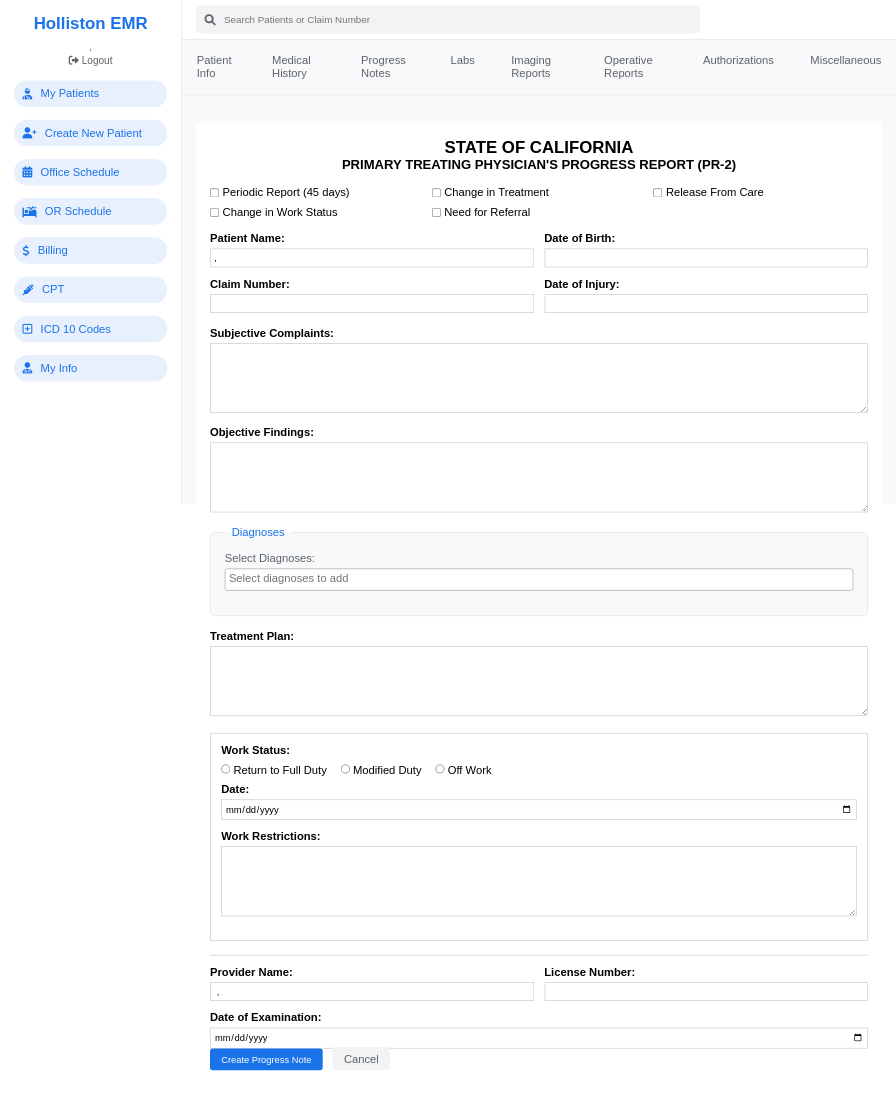
Repository: DavidG626/Flask-Project
Page: templates/create_progress_note.html
These files come from the project's save history. The page is drawn as it stood at one moment and after the next save; the edit follows.
The browser window is 1280 px wide. The pictures show the whole page, at 70% of full size.
Some web libraries are served in a nearby version. The template is drawn by Flask 3. The application's start-up code is not run. Other server files are loaded and not shown. The template is opened directly, without the code that normally fills it, so the values that code supplies are empty.

Above is the page before, as saved 2025-02-10 12:59:47.

### templates/create_progress_note.html
<!DOCTYPE html>
<html lang="en">
<head>
   <meta charset="UTF-8">
   <meta name="viewport" content="width=device-width, initial-scale=1.0">
   <title>Create Progress Note</title>
   <link rel="stylesheet" type="text/css" href="/static/dashboard.css">
   <link rel="stylesheet" type="text/css" href="/static/patient_info.css">
   <link rel="stylesheet" type="text/css" href="/static/pr2.css">
   <link href="https://cdn.jsdelivr.net/npm/select2@4.1.0-rc.0/dist/css/select2.min.css" rel="stylesheet" />
   <script src="https://cdn.jsdelivr.net/npm/jquery@3.6.0/dist/jquery.min.js"></script>
   <script src="https://cdn.jsdelivr.net/npm/select2@4.1.0-rc.0/dist/js/select2.min.js"></script>
   <link href="https://cdnjs.cloudflare.com/ajax/libs/font-awesome/6.0.0/css/all.min.css" rel="stylesheet">
</head>
<body>
   <div class="container">
       <!-- Sidebar -->
       <aside class="sidebar">
           <div class="logo">Holliston EMR</div>
           <div class="logged-user">
               {{ current_user.first_name }} {{ current_user.last_name }}, {{ current_user.medical_title }}
               <a href="{{ url_for('dashboard.logout') }}" class="logout-link">
                   <i class="fas fa-sign-out-alt"></i> Logout
               </a>
           </div>
           <nav>
               <ul>
                   <li class="active">
                       <a href="{{ url_for('dashboard.my_patients') }}">
                           <i class="fas fa-user-injured"></i>My Patients
                       </a>
                   </li>
               </ul>
               <br>
               <ul>
                   <li class="active">
                       <a href="{{ url_for('dashboard.create_patient') }}">
                           <i class="fas fa-user-plus"></i>Create New Patient
                       </a>
                   </li>
               </ul>
               <br>
               <ul>
                   <li class="active"><a href=""><i class="fas fa-calendar-alt"></i>Office Schedule</a></li>
               </ul>
               <br>
               <ul>
                   <li class="active"><a href=""><i class="fas fa-procedures"></i>OR Schedule</a></li>
               </ul>
               <br>
               <ul>
                   <li class="active"><a href=""><i class="fas fa-dollar-sign"></i>Billing</a></li>
               </ul>
               <br>
               <ul>
                   <li class="active">
                       <a href="{{ url_for('cpt.cpt_codes') }}">
                           <i class="fas fa-syringe"></i>CPT
                       </a>
                   </li>
               </ul>
               <br>
               <ul>
                   <li class="active">
                       <a href="{{ url_for('icd10.icd10_codes') }}">
                           <i class="far fa-plus-square"></i>ICD 10 Codes
                       </a>
                   </li>
               </ul>
               <br>
               <ul>
                   <li class="active">
                       <a href="{{ url_for('dashboard.my_info') }}">
                           <i class="fas fa-user-md"></i>My Info
                       </a>
                   </li>
               </ul>
           </nav>
       </aside>

       <!-- Main Content -->
       <main>
           <header>
               <div class="search-bar">
                   <i class="fas fa-search"></i>
                   <form action="{{ url_for('dashboard.my_patients') }}" method="get">
                       <input type="text" name="search" placeholder="Search Patients or Claim Number">
                   </form>
               </div>
           </header>

           <!-- Patient Tabs -->
           <div class="patient-tabs">
                <a href="{{ url_for('dashboard.patient_detail', patient_id=patient.id) }}" class="tab">Patient Info</a>
                <a href="{{ url_for('dashboard.patient_medical_history', patient_id=patient.id) }}" class="tab">Medical History</a>
                <a href="{{ url_for('pr2.progress_notes', patient_id=patient.id) }}" class="tab active">Progress Notes</a>
                <a href="{{ url_for('labs.patient_labs', patient_id=patient.id) }}" class="tab">Labs</a>
                <a href="{{ url_for('imaging.patient_imaging', patient_id=patient.id) }}" class="tab">Imaging Reports</a>
                <a href="{{ url_for('operative.patient_operative_reports', patient_id=patient.id) }}" class="tab">Operative Reports</a>
                <a href="{{ url_for('auth.patient_authorizations', patient_id=patient.id) }}" class="tab">Authorizations</a>
                <a href="{{ url_for('misc.patient_misc', patient_id=patient.id) }}" class="tab">Miscellaneous</a>
            </div>

           <div class="content">
            <div class="pr2-form">
                <div class="pr2-header">
                    <h2>STATE OF CALIFORNIA</h2>
                    <h3>PRIMARY TREATING PHYSICIAN'S PROGRESS REPORT (PR-2)</h3>
                </div>

                <form method="POST">
                    <!-- Report Type Section -->
                    <div class="checkbox-grid">
                        <div class="checkbox-item">
                            <input type="checkbox" name="is_periodic_report" id="periodic">
                            <label for="periodic">Periodic Report (45 days)</label>
                        </div>
                        <div class="checkbox-item">
                            <input type="checkbox" name="is_change_in_treatment" id="treatment">
                            <label for="treatment">Change in Treatment</label>
                        </div>
                        <div class="checkbox-item">
                            <input type="checkbox" name="is_release_from_care" id="release">
                            <label for="release">Release From Care</label>
                        </div>
                        <div class="checkbox-item">
                            <input type="checkbox" name="is_change_in_work_status" id="work">
                            <label for="work">Change in Work Status</label>
                        </div>
                        <div class="checkbox-item">
                            <input type="checkbox" name="is_need_for_referral" id="referral">
                            <label for="referral">Need for Referral</label>
                        </div>
                    </div>

                    <!-- Patient Information Section -->
                    <div class="patient-info-grid">
                        <div class="form-field">
                            <label>Patient Name:</label>
                            <input type="text" value="{{ patient.patient_last_name }}, {{ patient.patient_first_name }}" readonly>
                        </div>
                        <div class="form-field">
                            <label>Date of Birth:</label>
                            <input type="text" value="{{ patient.patient_date_of_birth.strftime('%m/%d/%Y') }}" readonly>
                        </div>
                        <div class="form-field">
                            <label>Claim Number:</label>
                            <input type="text" value="{{ patient.patient_claim_number }}" readonly>
                        </div>
                        <div class="form-field">
                            <label>Date of Injury:</label>
                            <input type="text" value="{{ patient.patient_date_of_injury.strftime('%m/%d/%Y') }}" readonly>
                        </div>
                    </div>

                    <!-- Subjective Section -->
                    <div class="text-area-field">
                        <label>Subjective Complaints:</label>
                        <textarea name="subjective_complaints" required></textarea>
                    </div>

                    <!-- Objective Section -->
                    <div class="text-area-field">
                        <label>Objective Findings:</label>
                        <textarea name="objective_findings" required></textarea>
                    </div>



                    <!-- Diagnosis -->
                    <fieldset>
                        <legend>Diagnoses</legend>
                        <div class="form-group">
                            <label>Select Diagnoses:</label>
                            <select name="diagnoses" multiple class="form-select">
                                <option value="">Select a diagnosis</option>
                                {% for code in icd10_codes %}
                                    <option value="{{ code.id }}">{{ code.description }} ({{ code.code }})</option>
                                {% endfor %}
                            </select>
                        </div>
                    </fieldset>


                    <!-- Treatment Plan Section -->
                    <div class="text-area-field">
                        <label>Treatment Plan:</label>
                        <textarea name="treatment_plan" required></textarea>
                    </div>

                    <!-- Work Status Section -->
                    <div class="work-status-section">
                        <h4>Work Status:</h4>
                        <div class="work-status-options">
                            <div class="radio-item">
                                <input type="radio" name="work_status" value="full_duty" id="full_duty">
                                <label for="full_duty">Return to Full Duty</label>
                            </div>
                            <div class="radio-item">
                                <input type="radio" name="work_status" value="modified" id="modified">
                                <label for="modified">Modified Duty</label>
                            </div>
                            <div class="radio-item">
                                <input type="radio" name="work_status" value="off_work" id="off_work">
                                <label for="off_work">Off Work</label>
                            </div>
                        </div>
                        <div class="form-field">
                            <label>Date:</label>
                            <input type="date" name="work_status_date">
                        </div>
                        <div class="text-area-field" id="work-restrictions">
                            <label>Work Restrictions:</label>
                            <textarea name="work_restrictions"></textarea>
                        </div>
                    </div>

                    <!-- Provider Information Section -->
                    <div class="provider-section">
                        <div class="form-row">
                            <div class="form-field">
                                <label>Provider Name:</label>
                                <input type="text" value="{{ current_user.first_name }} {{ current_user.last_name }}, {{ current_user.medical_title }}" readonly>
                            </div>
                            <div class="form-field">
                                <label>License Number:</label>
                                <input type="text" value="{{ current_user.medical_license }}" readonly>
                            </div>
                        </div>
                        <div class="form-field">
                            <label>Date of Examination:</label>
                            <input type="date" name="date_of_exam" required>
                        </div>
                    </div>

                    <div class="form-buttons">
                        <button type="submit" class="save-btn">Create Progress Note</button>
                        <a href="{{ url_for('pr2.progress_notes', patient_id=patient.id) }}" class="cancel-btn">Cancel</a>
                    </div>
                </form>
            </div>
        </div>
        <script>
            $(document).ready(function() {
                $('.form-select').select2({
                    placeholder: 'Select diagnoses to add',
                    allowClear: true,
                    width: '100%'
                });
            });
            </script>

       </main>
       </body>

### static/patient_info.css
.registration-container {
    background: white;
    border-radius: 8px;
    padding: 20px;
    margin: 20px;
    box-shadow: 0 2px 4px rgba(0,0,0,0.1);
}

.registration-container h2 {
    color: #5f6368;
    margin-bottom: 20px;
    font-size: 1.5rem;
}

fieldset {
    border: 1px solid #e1e4e8;
    border-radius: 8px;
    padding: 20px;
    margin-bottom: 20px;
    background: #f8f9fa;
}

legend {
    color: #1a73e8;
    font-weight: 500;
    padding: 0 10px;
}

.form-group {
    margin-bottom: 15px;
}

.form-group label {
    display: block;
    margin-bottom: 5px;
    color: #5f6368;
    font-weight: 500;
}

.form-input {
    width: 100%;
    padding: 8px 12px;
    border: 1px solid #e1e4e8;
    border-radius: 4px;
    font-size: 14px;
    background: white;
}

/* Date fields styling */
.date-group {
    display: flex;
    gap: 10px;
}

.date-group .form-input {
    width: 33%;
    text-align: center;
}

/* Button styling */
.buttons {
    margin-top: 20px;
    display: flex;
    gap: 10px;
}

.save-btn {
    background: #1a73e8;
    color: white;
    padding: 8px 16px;
    border: none;
    border-radius: 4px;
    cursor: pointer;
    font-weight: 500;
    text-decoration: none;
}

.save-btn:hover {
    background: #1557b0;
}

.cancel-btn {
    background: #f1f3f4;
    color: #5f6368;
    padding: 8px 16px;
    border: none;
    border-radius: 4px;
    text-decoration: none;
    font-weight: 500;
}

.cancel-btn:hover {
    background: #e3e6e8;
}
/* Patient tabs styling */
.patient-tabs {
    display: flex;
    gap: 10px;
    padding: 10px 0;
    border-bottom: 1px solid #e1e4e8;
}

.patient-tabs .tab {
    padding: 10px 20px;
    background: #f8f9fa;
    color: #5f6368;
    text-decoration: none;
    border-radius: 4px 4px 0 0;
    cursor: pointer;
    border: 1px solid transparent;
}

.patient-tabs .tab:hover {
    color: #1a73e8;
}

.patient-tabs .tab:active,
.patient-tabs .tab:focus {
    background: white;
    border-color: #e1e4e8;
    color: #1a73e8;
    margin-bottom: -1px;
}

.pmh-tabs .tab-pane {
    display: none;
    padding: 20px;
    background: #ffffff;
}

/* Responsive adjustments */
@media (max-width: 1600px) {
    html {
        font-size: 16px;
    }
}

@media (max-width: 1200px) {
    html {
        font-size: 16px;
    }
}

@media (max-width: 992px) {
    html {
        font-size: 14px;
    }
}

@media (max-width: 768px) {
    html {
        font-size: 12px;
    }
}

@media (max-width: 600px) {
    html {
        font-size: 10px;
    }
}

### static/pr2.css
/* static/pr2.css */



.pr2-form {
    max-width: 1000px;
    margin: 20px auto;
    padding: 20px;
    background: white;
}

.pr2-header {
    text-align: center;
    margin-bottom: 20px;
}

.pr2-title {
    font-size: 18px;
    font-weight: bold;
    text-align: center;
    margin: 10px 0;
}

.checkbox-grid {
    display: grid;
    grid-template-columns: repeat(3, 1fr);
    gap: 10px;
    margin: 15px 0;
}

.checkbox-item {
    display: flex;
    align-items: center;
    gap: 5px;
}

.patient-info-grid {
    display: grid;
    grid-template-columns: repeat(2, 1fr);
    gap: 15px;
    margin: 20px 0;
}

.form-row {
    display: flex;
    gap: 15px;
    margin-bottom: 15px;
}

.form-field {
    flex: 1;
}

.form-field label {
    display: block;
    font-weight: bold;
    margin-bottom: 5px;
}

.form-field input {
    width: 100%;
    padding: 5px;
    border: 1px solid #ccc;
}

.text-area-field {
    margin: 15px 0;
}

.text-area-field label {
    display: block;
    font-weight: bold;
    margin-bottom: 5px;
}

.text-area-field textarea {
    width: 100%;
    min-height: 100px;
    padding: 10px;
    border: 1px solid #ccc;
}

.diagnoses-grid {
    display: grid;
    grid-template-columns: repeat(2, 1fr);
    gap: 15px;
    margin: 15px 0;
}

.diagnosis-row {
    display: flex;
    gap: 10px;
}

.work-status-section {
    margin: 20px 0;
    padding: 15px;
    border: 1px solid #ccc;
}

.work-status-options {
    display: flex;
    gap: 20px;
    margin: 10px 0;
}

.provider-section {
    margin-top: 20px;
    border-top: 1px solid #ccc;
    padding-top: 15px;
}

/* Print styles */
@media print {
    .pr2-form {
        margin: 0;
        padding: 0;
    }

    .sidebar, .patient-tabs, .buttons {
        display: none;
    }
}

/* Responsive adjustments */
@media (max-width: 1600px) {
    html {
        font-size: 16px;
    }
}

@media (max-width: 1200px) {
    html {
        font-size: 16px;
    }
}

@media (max-width: 992px) {
    html {
        font-size: 14px;
    }
}

@media (max-width: 768px) {
    html {
        font-size: 12px;
    }
}

@media (max-width: 600px) {
    html {
        font-size: 10px;
    }
}

Loaded but not shown: static/dashboard.css (408 lines, source omitted)

After the next save:
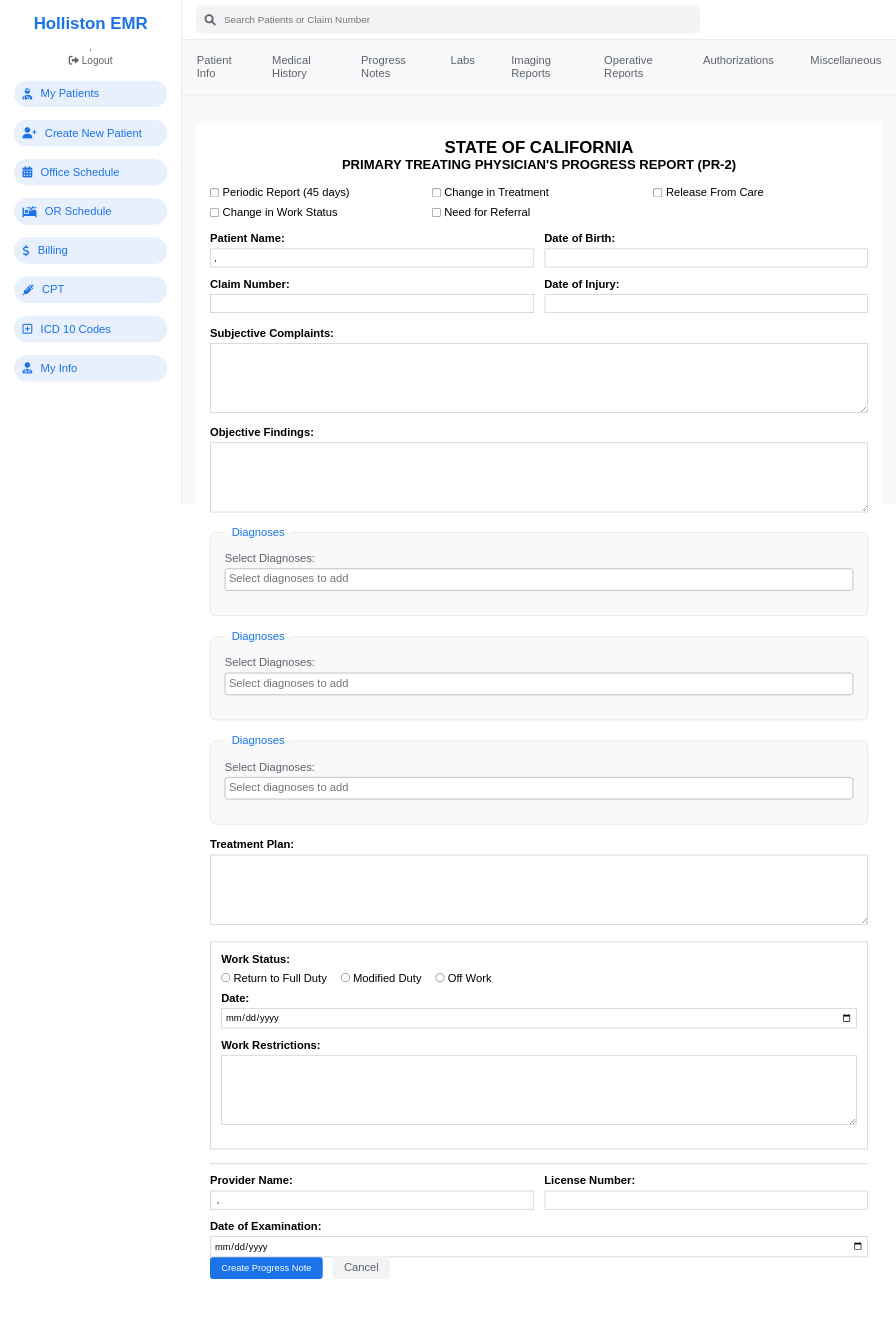
Saved 12 s later.
--- a/templates/create_progress_note.html
+++ b/templates/create_progress_note.html
@@ -180,6 +180,30 @@
                             </select>
                         </div>
                     </fieldset>
+                    <fieldset>
+                        <legend>Diagnoses</legend>
+                        <div class="form-group">
+                            <label>Select Diagnoses:</label>
+                            <select name="diagnoses" multiple class="form-select">
+                                <option value="">Select a diagnosis</option>
+                                {% for code in icd10_codes %}
+                                    <option value="{{ code.id }}">{{ code.description }} ({{ code.code }})</option>
+                                {% endfor %}
+                            </select>
+                        </div>
+                    </fieldset>
+                    <fieldset>
+                        <legend>Diagnoses</legend>
+                        <div class="form-group">
+                            <label>Select Diagnoses:</label>
+                            <select name="diagnoses" multiple class="form-select">
+                                <option value="">Select a diagnosis</option>
+                                {% for code in icd10_codes %}
+                                    <option value="{{ code.id }}">{{ code.description }} ({{ code.code }})</option>
+                                {% endfor %}
+                            </select>
+                        </div>
+                    </fieldset>
 
 
                     <!-- Treatment Plan Section -->

After the save that followed:
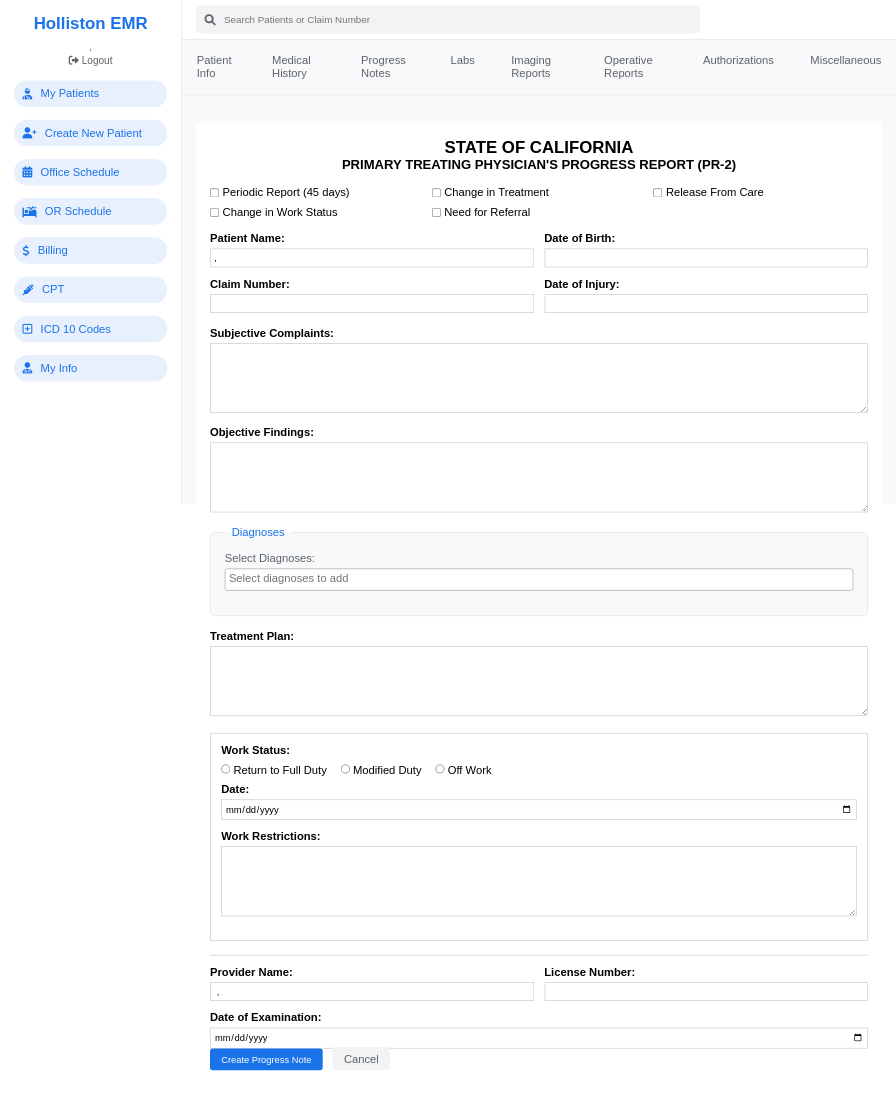
Saved 19 s later.
--- a/templates/create_progress_note.html
+++ b/templates/create_progress_note.html
@@ -180,30 +180,7 @@
                             </select>
                         </div>
                     </fieldset>
-                    <fieldset>
-                        <legend>Diagnoses</legend>
-                        <div class="form-group">
-                            <label>Select Diagnoses:</label>
-                            <select name="diagnoses" multiple class="form-select">
-                                <option value="">Select a diagnosis</option>
-                                {% for code in icd10_codes %}
-                                    <option value="{{ code.id }}">{{ code.description }} ({{ code.code }})</option>
-                                {% endfor %}
-                            </select>
-                        </div>
-                    </fieldset>
-                    <fieldset>
-                        <legend>Diagnoses</legend>
-                        <div class="form-group">
-                            <label>Select Diagnoses:</label>
-                            <select name="diagnoses" multiple class="form-select">
-                                <option value="">Select a diagnosis</option>
-                                {% for code in icd10_codes %}
-                                    <option value="{{ code.id }}">{{ code.description }} ({{ code.code }})</option>
-                                {% endfor %}
-                            </select>
-                        </div>
-                    </fieldset>
+
 
 
                     <!-- Treatment Plan Section -->
